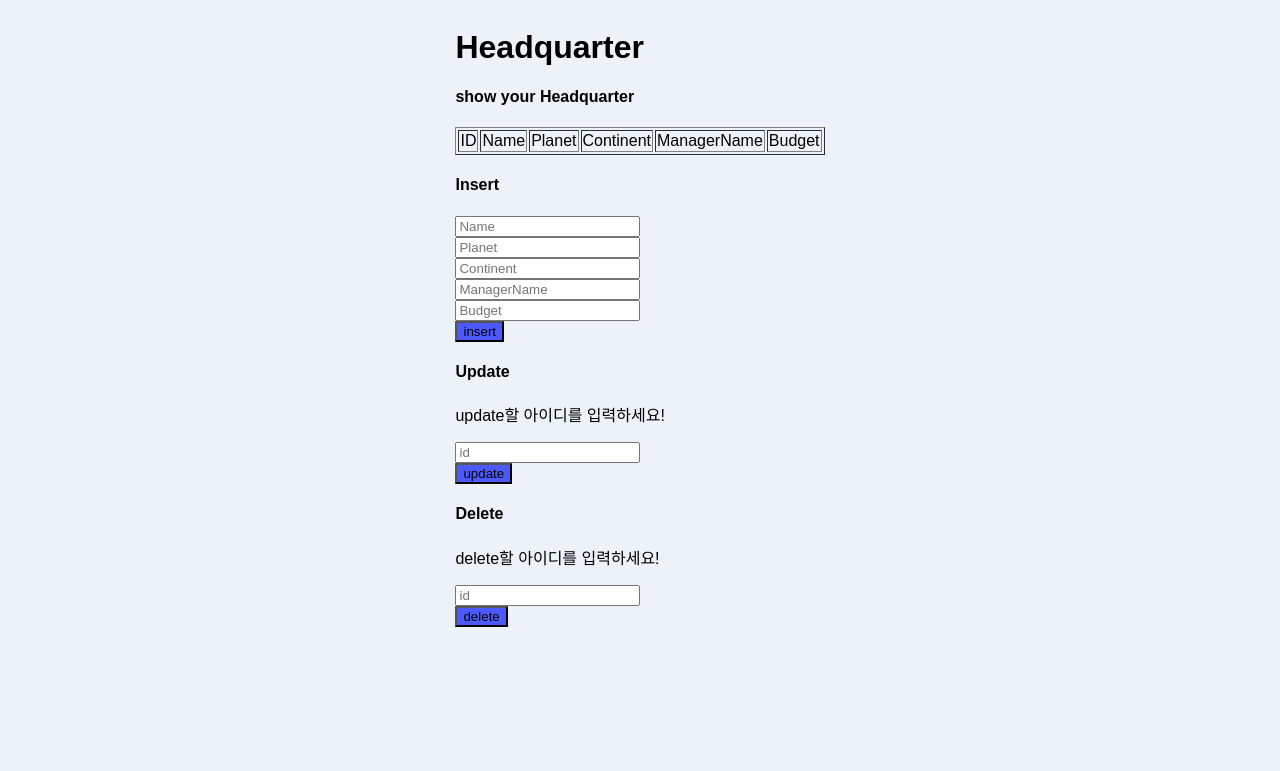
Repository: CISXO/JSP
Page: http://localhost/DB_Project/DB/Engineer.jsp
An editor plug-in stored every save of this project. The page is shown before and after the next save, followed by the edit.
The browser window is 1280 px wide. The pictures show the whole page.
The page is served by Tomcat 9. Queries for data that is not in the repository find no rows.

Above is the page before, as saved 2022-12-21 10:07:58.

After the next save:
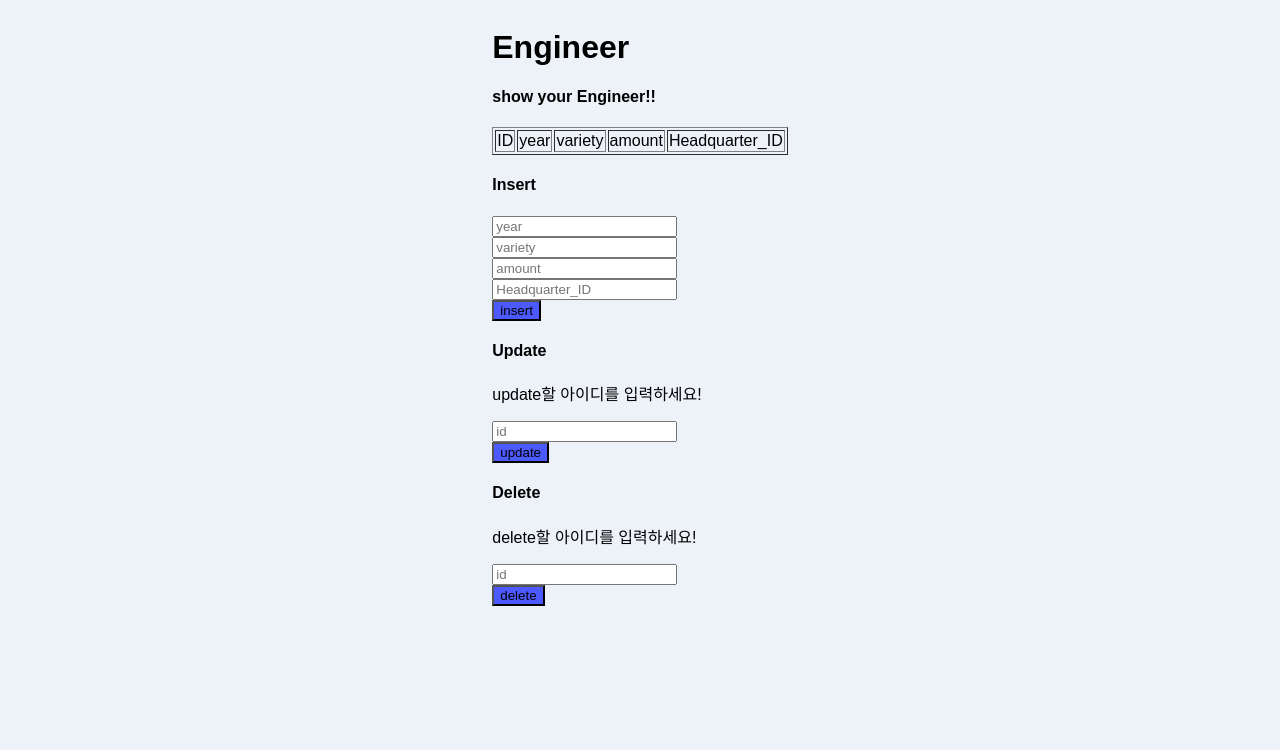
Saved 5 min 36 s later.
--- a/DbProject/DB_Project/src/main/webapp/DB/Engineer.jsp
+++ b/DbProject/DB_Project/src/main/webapp/DB/Engineer.jsp
@@ -30,27 +30,26 @@
 try {
 	conn = DriverManager.getConnection(jdbcDriver, dbUser, dbPass);
 	stmt = conn.createStatement();
-	String query = "SELECT * FROM headquarter";
+	String query = "SELECT * FROM Engineer";
 	result = stmt.executeQuery(query);
 
 %>
 
 <body style="background-color: #edf2f9 !important;">
     <div>
-        <h1 class="title">Headquarter</h1>
+        <h1 class="title">Engineer</h1>
         <h4 class="titleScript">
-				show your Headquarter
+				show your Engineer!!
         </h4>
         <div class="tableSection">
                 <table class="boardTable table table-hover" border = "1">
                     <thead class="table-primary">
                         <tr>
                         <td>ID</td>
-                        <td>Name</td>
-                        <td>Planet</td>
-                        <td>Continent</td>
-                        <td>ManagerName</td>
-                        <td>Budget</td>
+                        <td>year</td>
+                        <td>variety</td>
+                        <td>amount</td>
+                        <td>Headquarter_ID</td>
                         </tr>
                     </thead>
                     <%
@@ -59,33 +58,29 @@
                     <tbody id="tablebody" class="table-light">
                         <tr onclick="trClick(this)">
                         	<td><%=result.getInt("ID")%></td>
-                            <td><%=result.getString("Name")%></td>
-                            <td><%=result.getString("Planet")%></td>
-                            <td><%=result.getString("Continent")%></td>
-                            <td><%=result.getString("ManagerName")%></td>
-                            <td><%=result.getInt("Budget") %></td>
+                            <td><%=result.getString("year")%></td>
+                            <td><%=result.getString("variety")%></td>
+                            <td><%=result.getString("amount")%></td>
+                            <td><%=result.getString("Headquarter_ID")%></td>
                         </tr>
 
                     </tbody>
                     <%} %>
                 </table>
         </div>
-        <form id="Head_insert" action ="Head_manage.jsp" method="get">
+        <form id="Engineer_insert" action ="Engineer.jsp" method="get">
         <h4>Insert</h4>
         <div class="row">
-        <input id="Name1" name="Name1" type="text" placeHolder="Name">
+        <input id="year" name="year" type="text" placeHolder="year">
         </div>
         <div class="row">
-        <input id="Planet1" name="Planet1" type="text" placeHolder="Planet">
+        <input id="variety" name="variety" type="text" placeHolder="variety">
         </div>
         <div class="row">
-        <input id="Continent1" name="Continent1" type="text" placeHolder="Continent">
+        <input id="amount" name="amount" type="text" placeHolder="amount">
         </div>
         <div class="row">
-        <input id="ManagerName1" name="ManagerName1" type="text" placeHolder="ManagerName">
-        </div>
-        <div class="row">
-        <input id="Budget1" name="Budget1" type="text" placeHolder="Budget">
+        <input id="Headquarter_ID" name="Headquarter_ID" type="text" placeHolder="Headquarter_ID">
         </div>
         <div class="hd_insert_button">
         <button id="insert_button1" type = "submit" style="background-color: #4c59fd">insert</button>
@@ -93,23 +88,23 @@
         <input name="manage_num" type="hidden" value="1">
         </form>
 
-        <form id="Head_update" action="Head_manage.jsp" method="get">
+        <form id="Engineer_update" action="Engineer.jsp" method="get">
          <h4>Update</h4>
         <p>update할 아이디를 입력하세요!</p>
        <div class="row">
-        <input id="head_id" name="headupdate_id" type="text" placeHolder="id">
+        <input id="Engineer_id" name="Engineer_id" type="text" placeHolder="id">
         </div>
-        <div class="hd_update_button">
+        <div>
         <button id="update_button1" type = "submit" style="background-color: #4c59fd">update</button>
         </div>
         <input name="manage_num" type="hidden" value="2">
         </form>
 
-        <form id="Head_delete" action="Head_manage.jsp" method="get">
+        <form id="Engineer_delete" action="Engineer.jsp" method="get">
         <h4>Delete</h4>
         <p>delete할 아이디를 입력하세요!</p>
         <div class="row">
-        <input id="head_id" name="headdelete_id" type="text" placeHolder="id">
+        <input id="Engineer_id" name="Engineerdelete_id" type="text" placeHolder="id">
         </div>
         <div class="hd_delete_button">
         <button id="delete_button1" type = "submit" style="background-color: #4c59fd">delete</button>
